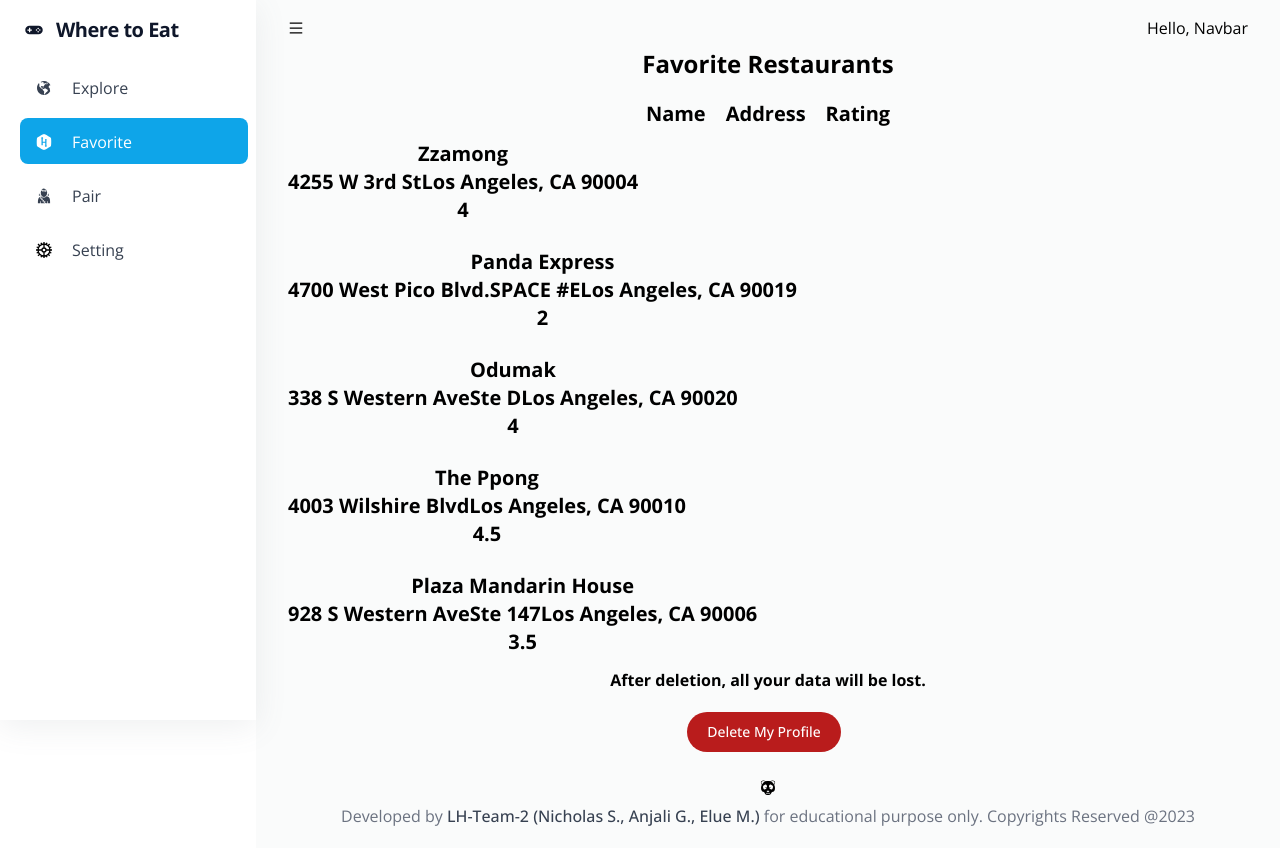
Repository: n-shen/where-to-eat
Page: /favorite (app in client/)
These files come from the project's save history. The page is drawn as it stood at one moment and after the next save; the edit follows.
The browser window is 1280 px wide. The pictures show the whole page.
The page's requests for data from a server got no answer. The project was rebuilt for these pictures with package versions that can differ from the ones it lists, and the page was loaded fresh each time. No one was signed in, and anything a server would have sent is missing. Also part of the build but not shown: client/src/data/cities.js, client/src/components/SearchForm.jsx, client/src/components/SearchResult.jsx, client/src/components/room.jsx, client/src/components/Room/Chat.jsx, client/src/components/Room/Selection.jsx, client/src/components/Room/Intro.jsx, client/src/components/Room/Game.jsx and 5 more.

Above is the page before, as saved 2023-05-05 20:03:32.

### client/src/index.js
import React from "react";
import ReactDOM from "react-dom/client";
import "./index.css";
import App from "./App";
import { ContextProvider } from "./contexts/ContextProvider";

const root = ReactDOM.createRoot(document.getElementById("root"));
root.render(
  <ContextProvider>
    <App />
  </ContextProvider>
);

### client/src/index.css
@import url('https://fonts.googleapis.com/css2?family=Open+Sans:wght@400;500;600;700&display=swap');

body {
  margin: 0;
  padding:0;
  font-family: "Open Sans", sans-serif;
}

@tailwind base;
@tailwind components;
@tailwind utilities;

### client/src/App.js
import React, { useEffect } from "react";
import { BrowserRouter, Routes, Route } from "react-router-dom";

import { Navbar, Sidebar, RoomPage } from "./components";
import {Favorite, Home} from "./pages";

import { useStateContext } from "./contexts/ContextProvider";
import "./App.css";

// import axios from "axios";

function App() {
  const { shared_info, activeMenu } = useStateContext();

  // const baseURL = shared_info.baseURL;

  return (
      <div>
        <BrowserRouter>
          <div className="flex relative dark:bg-main-dark-bg">
            {activeMenu ? (
                <div className="w-64 fixed sidebar dark:bg-secondary-dark-bg bg-white">
                  <Sidebar />
                </div>
            ) : (
                <div className="w-0 dark:bg-secondary-dark-bg">
                  <Sidebar />
                </div>
            )}

            <div
                className={`dark:bg-main-bg bg-main-bg min-h-screen w-full ${
                    activeMenu ? "md:ml-64" : " flex-2"
                }`}
            >
              <div className="fixed md:static bg-main-bg dark:bg-main-dark-bg navbar w-full">
                <Navbar />
              </div>

              <div>
                <Routes>
                  <Route path="/" element={<Home />}></Route>
                  <Route path="/favorite" element={<Favorite />}></Route>
                  <Route path="/room" element={<RoomPage />}></Route>
                </Routes>
              </div>
            </div>
          </div>
        </BrowserRouter>
      </div>
  );
}

export default App;

### client/src/contexts/ContextProvider.jsx
import React, { createContext, useContext, useState } from "react";
import { io } from "socket.io-client";

const StateContext = createContext();

const shared_info = {
  serverURL: "http://localhost:8080",
  apiURL: "http://localhost:8080/api/v1",
};

const socket = io(shared_info.serverURL);

export const ContextProvider = ({ children }) => {
  const [screenSize, setScreenSize] = useState(undefined);
  const [activeMenu, setActiveMenu] = useState(true);
  const [userProfile, setUserProfile] = useState(undefined);
  const [gameBegin, setGameBegin] = useState(false);
  const [gameIntroBegin, setGameIntroBegin] = useState(false);
  const [selectionBegin, setSelectionBegin] = useState(false);
  const [waiting, setWaiting] = useState(false);
  const [partnerReady, setPartnerReady] = useState(false);
  const [partnerAction, setPartnerAction] = useState("");
  const [displayCross, setDisplayCross] = useState(false);
  const [displayFinal, setDisplayFinal] = useState("");

  const [localStore, setLocalStore] = useState(null);

  const [queryResults, setQueryResults] = useState(null);

  return (
    <StateContext.Provider
      value={{
        socket,
        shared_info,
        userProfile,
        setUserProfile,
        activeMenu,
        setActiveMenu,
        screenSize,
        setScreenSize,
        selectionBegin,
        setSelectionBegin,
        waiting,
        setWaiting,
        gameIntroBegin,
        setGameIntroBegin,
        gameBegin,
        setGameBegin,
        partnerReady,
        setPartnerReady,
        partnerAction,
        setPartnerAction,
        displayCross,
        setDisplayCross,
        displayFinal,
        setDisplayFinal,
        queryResults,
        setQueryResults,
        localStore,
        setLocalStore,
      }}
    >
      {children}
    </StateContext.Provider>
  );
};

export const useStateContext = () => useContext(StateContext);

### client/src/components/index.js
export { default as Navbar } from "./Navbar";
export { default as Sidebar } from "./Sidebar";
export { default as Footer } from "./Footer";
export { default as SearchForm } from "./SearchForm";
export { default as SearchResult } from "./SearchResult";
export { default as RoomPage } from "./room";
export { default as Room } from "./Room/Room";

### client/src/pages/index.jsx
export { default as Home } from "./Home";
export { default as Favorite } from "./Favorite";

### client/src/App.css
.sidebar {
  box-shadow: rgb(113 122 131 / 11%) 0px 7px 30px 0px;
}
.nav-item,
.navbar {
  z-index: 10000;
}
@media  screen and (max-width:800px) {
  .sidebar{
    z-index: 10000000;
  }
}

.e-dlg-center-center, .e-quick-popup-wrapper.e-device{
  z-index: 1000000 !important;
}

::-webkit-scrollbar {
  width: 6px;
}
::-webkit-scrollbar-thumb {
  background-color: rgb(216, 216, 216);
  border-radius: 40px;
}
::-webkit-scrollbar-track {
  background-color: transparent;
}

/* color-picker style  */

#preview {
  background: transparent
  url('https://ej2.syncfusion.com/react/demos/src/color-picker/images/pen.png')
  no-repeat;
  display: inline-block;
  height: 80px;
  margin: 10px 0;
  min-width: 300px;
  max-width: 600px;
  background-color: #008000;
}

.e-input-group:not(.e-float-icon-left), .e-input-group.e-success:not(.e-float-icon-left), .e-input-group.e-warning:not(.e-float-icon-left), .e-input-group.e-error:not(.e-float-icon-left), .e-input-group.e-control-wrapper:not(.e-float-icon-left), .e-input-group.e-control-wrapper.e-success:not(.e-float-icon-left), .e-input-group.e-control-wrapper.e-warning:not(.e-float-icon-left), .e-input-group.e-control-wrapper.e-error:not(.e-float-icon-left){
  border: none;
}

### client/src/components/Navbar.jsx
import React, { useEffect } from "react";
import { useStateContext } from "../contexts/ContextProvider";
import { AiOutlineMenu } from "react-icons/ai";

const Navbar = () => {
    const { activeMenu, setActiveMenu, setScreenSize, screenSize, userProfile } =
        useStateContext();

    useEffect(() => {
        const handleResize = () => setScreenSize(window.innerWidth);

        window.addEventListener("resize", handleResize);

        handleResize();

        return () => window.removeEventListener("resize", handleResize);
    }, [setScreenSize]);

    useEffect(() => {
        if (screenSize <= 900) {
            setActiveMenu(false);
        } else {
            setActiveMenu(true);
        }
    }, [screenSize, setScreenSize, setActiveMenu]);

    const handleActiveMenu = () => setActiveMenu(!activeMenu);

    return (
        <div className="mt-2 flex justify-between p-2 md:ml-6 md:mr-6 relative">
            <button onClick={handleActiveMenu}>
                <AiOutlineMenu />
            </button>
            <div>
                <p className={screenSize >= 900 ? "" : "text-xs"}>Hello, Navbar</p>
                {userProfile && (
                    <div className="flex items-center gap-2 p-1 rounded-lg text-right">
                        <p className={screenSize >= 900 ? "" : "text-xs"}>
                            <span className="text-gray-400 text-14">Hi,</span>{" "}
                            <span className="text-gray-400 font-bold ml-1 text-14">
                {userProfile["name"]}
              </span>{" "}
                            <span className="text-gray-400 text-14">from</span>
                            <span className="text-gray-400 font-bold ml-1 text-14">
                {userProfile["city"]}
              </span>{" "}
                        </p>
                    </div>
                )}
            </div>
        </div>
    );
};

export default Navbar;

### client/src/components/Sidebar.jsx
import React from "react";
import { Link, NavLink } from "react-router-dom";
import { GiEarthAmerica, GiFrankensteinCreature } from "react-icons/gi";
import { GrSettingsOption } from "react-icons/gr";
import { IoLogoGameControllerA } from "react-icons/io";
import { FaHackerrank } from "react-icons/fa";
import { MdOutlineCancel } from "react-icons/md";
import { useStateContext } from "../contexts/ContextProvider";

const Sidebar = () => {
    const { activeMenu, setActiveMenu, screenSize } = useStateContext();

    const handleCloseSideBar = () => {
        if (activeMenu !== undefined && screenSize <= 900) {
            setActiveMenu(false);
        }
    };

    const activeLink =
        "flex items-center gap-5 pl-4 pt-3 pb-2.5 rounded-lg text-white text-md m-2 bg-sky-500/100";
    const normalLink =
        "flex items-center gap-5 pl-4 pt-3 pb-2.5 rounded-lg text-md text-gray-700 dark:text-gray-200 dark:hover:text-black hover:bg-light-gray m-2";

    return (
        <div className="ml-3 h-screen md:overflow-hidden overflow-auto md:hover:overflow-auto pb-10">
            {activeMenu && (
                <>
                    <div className="flex justify-between items-center">
                        <Link
                            to="/"
                            onClick={handleCloseSideBar}
                            className="items-center gap-3 ml-3 mt-4 flex text-xl font-extrabold tracking-tight dart:text-white text-slate-900"
                        >
                            <IoLogoGameControllerA />
                            <span>Where to Eat</span>
                        </Link>

                        <div>
                            <button
                                type="button"
                                onClick={() => setActiveMenu(!activeMenu)}
                                className="text-xl rounded-full p-3 hover:bg-light-gray mt-4 block md:hidden"
                            >
                                <MdOutlineCancel />
                            </button>
                        </div>
                    </div>
                    <div className="mt-5">
                        <NavLink
                            to="/"
                            key="Home"
                            onClick={handleCloseSideBar}
                            className={({ isActive }) => (isActive ? activeLink : normalLink)}
                        >
                            <GiEarthAmerica />
                            <span>Explore</span>
                        </NavLink>

                        <NavLink
                            to="/favorite"
                            key="Favorite"
                            onClick={handleCloseSideBar}
                            className={({ isActive }) => (isActive ? activeLink : normalLink)}
                        >
                            <FaHackerrank />
                            <span>Favorite</span>
                        </NavLink>

                        <NavLink
                            to="/room"
                            key="RoomPage"
                            onClick={handleCloseSideBar}
                            className={({ isActive }) => (isActive ? activeLink : normalLink)}
                        >
                            <GiFrankensteinCreature />
                            <span>Pair</span>
                        </NavLink>

                        <NavLink
                            to="/setting"
                            key="Setting"
                            onClick={handleCloseSideBar}
                            className={({ isActive }) => (isActive ? activeLink : normalLink)}
                        >
                            <GrSettingsOption />
                            <span>Setting</span>
                        </NavLink>
                    </div>
                </>
            )}
        </div>
    );
};

export default Sidebar;

### client/src/components/Footer.jsx
import React from "react";
import { GiPanda } from "react-icons/gi";

const Footer = () => {
    return (
        <div className="mt-5 mb-5 ">
            <div className="flex justify-center mb-2">
                <GiPanda />
            </div>

            <p className="text-center text-gray-500 dark:text-gray-400">
                Developed by{" "}
                <span className="font-medium text-gray-700 dark:text-blue-500 hover:no-underline">
          LH-Team-2 (Nicholas S., Anjali G., Elue M.)
        </span>{" "}
                for educational purpose only. Copyrights Reserved @2023
            </p>
        </div>
    );
};

export default Footer;

### client/src/pages/Favorite.jsx
import React, { useState } from "react";
import { useStateContext } from "../contexts/ContextProvider";
import { Footer } from "../components";
import axios from "axios";

export const restaurants = [
  {
    id: 1,
    name: "Zzamong",
    image:
      "https://s3-media2.fl.yelpcdn.com/bphoto/6AUVIwPCv8wCZ9FYeCfocw/o.jpg",
    address: ["4255 W 3rd St", "Los Angeles, CA 90004"],
    rating: "4",
  },
  {
    id: 2,
    name: "Panda Express",
    image:
      "https://s3-media4.fl.yelpcdn.com/bphoto/44dT6JEXkhMrtUcps1a5jw/o.jpg",
    address: ["4700 West Pico Blvd.", "SPACE #E", "Los Angeles, CA 90019"],
    rating: "2",
  },
  {
    id: 3,
    name: "Odumak",
    image:
      "https://s3-media1.fl.yelpcdn.com/bphoto/hKaezVO6_0F50RXmfH7WBQ/o.jpg",
    address: ["338 S Western Ave", "Ste D", "Los Angeles, CA 90020"],
    rating: "4",
  },
  {
    id: 4,
    name: "The Ppong",
    image:
      "https://s3-media3.fl.yelpcdn.com/bphoto/Li5i5N_Y7VwLTsJvLA2pKw/o.jpg",
    address: ["4003 Wilshire Blvd", "Los Angeles, CA 90010"],
    rating: "4.5",
  },
  {
    id: 5,
    name: "Plaza Mandarin House",
    image:
      "https://s3-media1.fl.yelpcdn.com/bphoto/1nVrf8ItPD0dF_97JGQEzw/o.jpg",
    address: ["928 S Western Ave", "Ste 147", "Los Angeles, CA 90006"],
    rating: "3.5",
  },
];

const Favorite = () => {
  const { shared_info, screenSize, userProfile } = useStateContext();
  const baseURL = shared_info.baseURL;

  return (
    <div className={screenSize >= 900 ? "mt-0" : "mt-16"}>
      <h1 className="text-center font-bold text-2xl mb-5">
        Favorite Restaurants
      </h1>
      <FavoriteList />
      <h2 className="text-center font-bold">
        After deletion, all your data will be lost.
      </h2>
      <div className="flex justify-center">
        <button
          type="button"
          className="mt-5 text-white bg-red-700 hover:bg-red-800 focus:outline-none focus:ring-4 focus:ring-red-300 font-medium rounded-full text-sm px-5 py-2.5 text-center mr-2 mb-2 dark:bg-red-600 dark:hover:bg-red-700 dark:focus:ring-red-900"
        >
          Delete My Profile
        </button>
      </div>

      <Footer />
    </div>
  );
};

export default Favorite;

export const FavoriteList = () => {
  return (
    <div className="">
      <div className="flex flex-wrap items-center justify-center gap-5">
      <h2 className="flex items-center justify-center gap-3 text-xl font-bold text-center">Name</h2>
            <h2 className="flex items-center justify-center gap-3 text-xl font-bold text-center">Address</h2>
            <h2 className="flex items-center justify-center gap-3 text-xl font-bold text-center">Rating</h2>
      </div>
      <div className="flex flex-col items-start justify-center ml-5">
        {restaurants.map((restaurant) => (
          <div
            key={restaurant.id}
            className="flex flex-col items-center justify-center m-3"
          >
            <p
              htmlFor={restaurant.name}
              className="flex items-center justify-center gap-3 text-xl font-bold text-center"
            >
              {restaurant.name}
            </p>
            <p
              htmlFor={restaurant.address}
              className="flex items-center justify-center gap-3 text-xl font-bold text-center"
            >
              {restaurant.address}
            </p>
            <p
              htmlFor={restaurant.rating}
              className="flex items-center justify-center gap-3 text-xl font-bold text-center"
            >
              {restaurant.rating}
            </p>
          </div>
        ))}
      </div>
    </div>
  );
};

### client/tailwind.config.js
/** @type {import('tailwindcss').Config} */
module.exports = {
    content: ["./src/**/*.{js,jsx,ts,tsx}"],
    darkMode: "class",
    theme: {
        fontFamily: {
            display: ["Open Sans", "sans-serif"],
            body: ["Open Sans", "sans-serif"],
        },
        extend: {
            fontSize: {
                14: "14px",
            },
            backgroundColor: {
                "main-bg": "#FAFBFB",
                "main-dark-bg": "#20232A",
                "secondary-dark-bg": "#33373E",
                "light-gray": "#F7F7F7",
                "half-transparent": "rgba(0, 0, 0, 0.5)",
            },
            borderWidth: {
                1: "1px",
            },
            borderColor: {
                color: "rgba(0, 0, 0, 0.1)",
            },
            width: {
                400: "400px",
                760: "760px",
                780: "780px",
                800: "800px",
                1000: "1000px",
                1200: "1200px",
                1400: "1400px",
            },
            height: {
                80: "80px",
            },
            minHeight: {
                590: "590px",
            },
        },
    },
    plugins: [],
};

Loaded but not shown: client/public/index.html (common file)

After the next save:
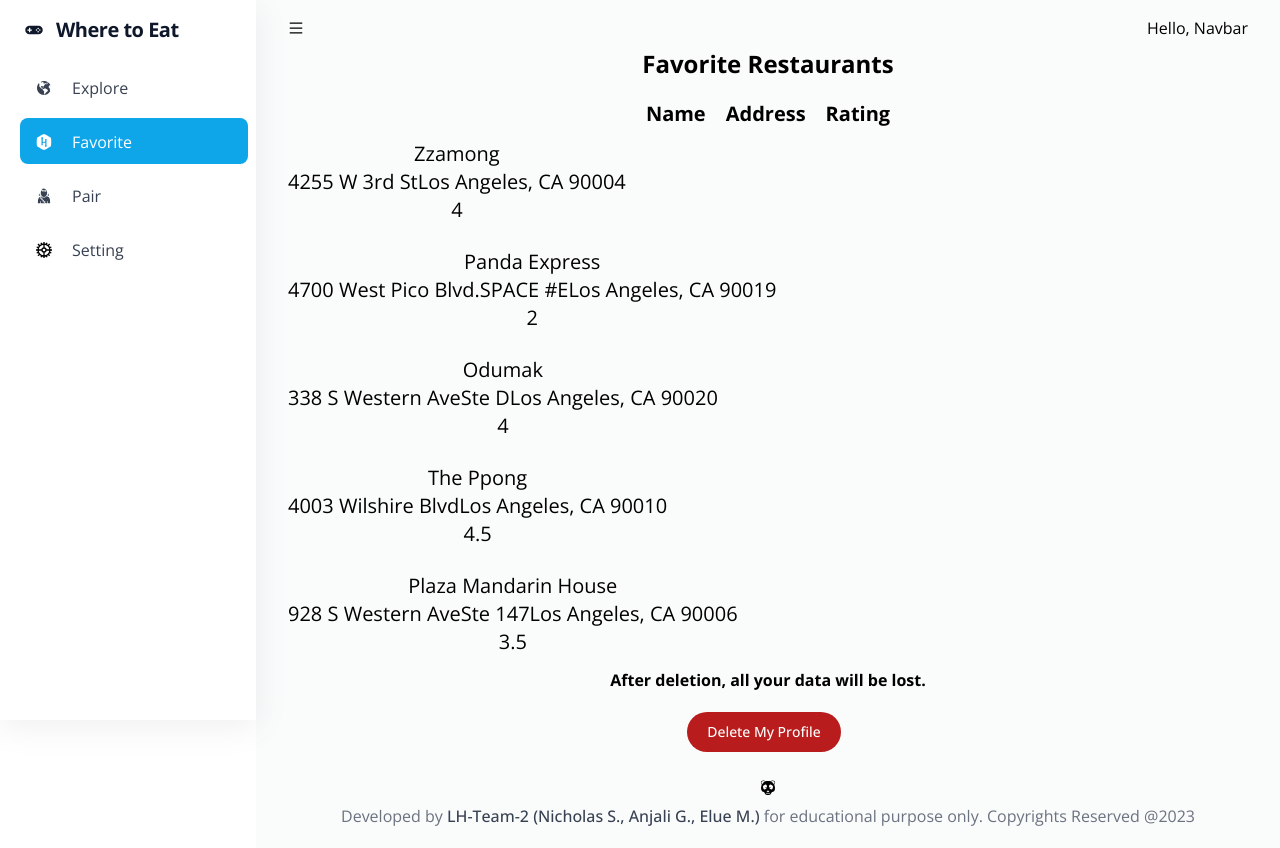
Saved 2 min 18 s later.
--- a/client/src/pages/Favorite.jsx
+++ b/client/src/pages/Favorite.jsx
@@ -91,19 +91,19 @@
           >
             <p
               htmlFor={restaurant.name}
-              className="flex items-center justify-center gap-3 text-xl font-bold text-center"
+              className="flex items-center justify-center gap-3 text-xl text-center"
             >
               {restaurant.name}
             </p>
             <p
               htmlFor={restaurant.address}
-              className="flex items-center justify-center gap-3 text-xl font-bold text-center"
+              className="flex items-center justify-center gap-3 text-xl text-center"
             >
               {restaurant.address}
             </p>
             <p
               htmlFor={restaurant.rating}
-              className="flex items-center justify-center gap-3 text-xl font-bold text-center"
+              className="flex items-center justify-center gap-3 text-xl text-center"
             >
               {restaurant.rating}
             </p>
